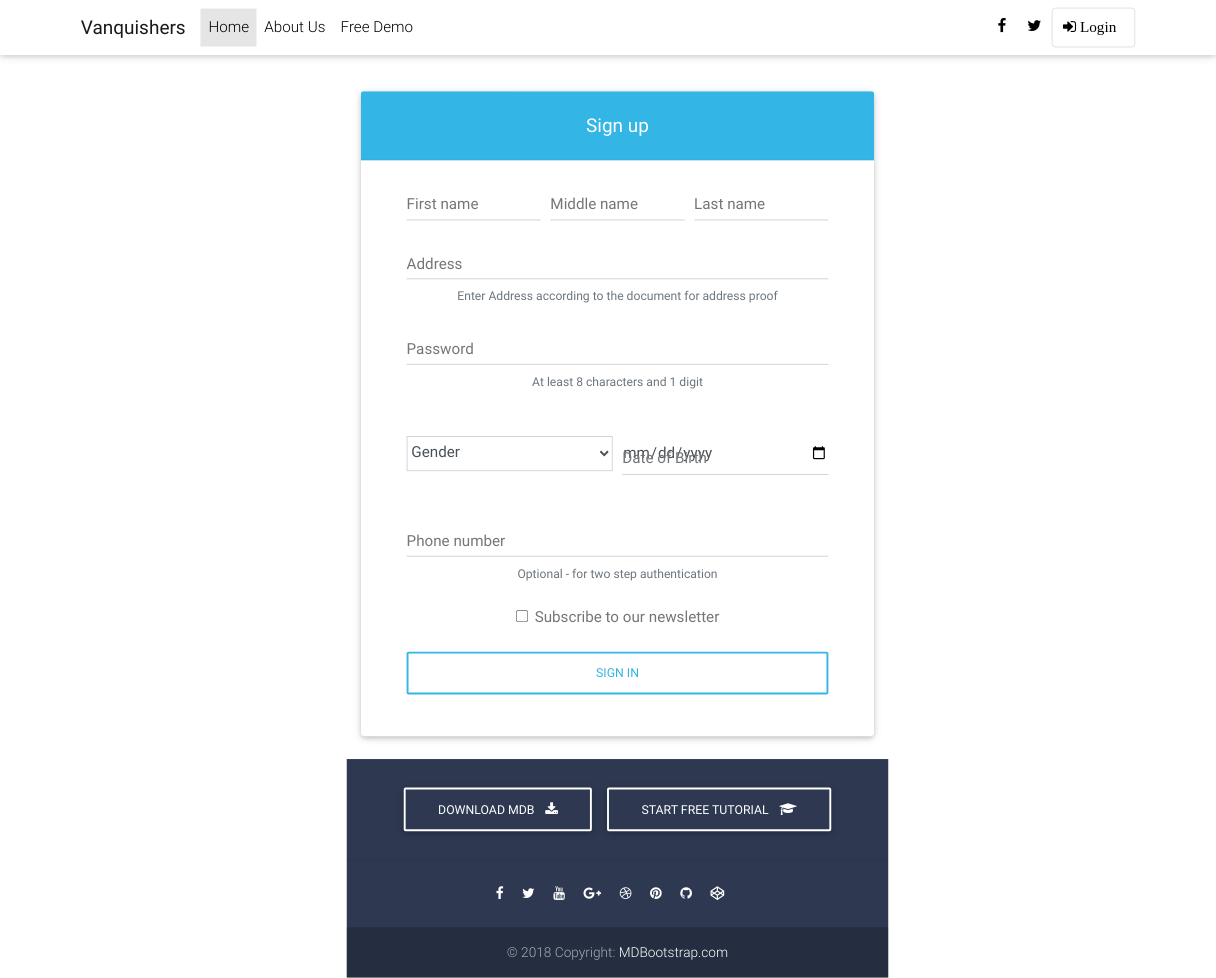
Repository: KJSCEhack/KJSCE_Vanquishers
Page: http://localhost/demo.php
An editor plug-in stored every save of this project. The page is shown before and after the next save, followed by the edit.
The browser window is 1280 px wide. The pictures show the whole page, at 95% of full size.
The page is run by PHP 8.4 with error messages shown; the project is at /var/www/html/.

Above is the page before, as saved 2018-10-06 09:53:13.
Console error: TypeError: $(...).material_select is not a function

### demo.php
<?php
$hostname="localhost";
$dbname="kjsce_hackathon";
$Username="root";
$Password="qweasdzxc";

$conn = mysqli_connect($hostname,$Username,$Password,$dbname);

if(!$conn)
{
    die("connection failed:" .mysqli_connect_error());

}
mysqli_close($conn);

?>
<!DOCTYPE html>
<html lang="en">

<head>
    <meta charset="utf-8">
    <meta name="viewport" content="width=device-width, initial-scale=1, shrink-to-fit=no">
    <meta http-equiv="x-ua-compatible" content="ie=edge">
    <title>Material Design Bootstrap</title>
    <!-- Font Awesome -->
    <link rel="stylesheet" href="https://maxcdn.bootstrapcdn.com/font-awesome/4.7.0/css/font-awesome.min.css">
    <!-- Bootstrap core CSS -->
    <link href="css/bootstrap.min.css" rel="stylesheet">
    <!-- Material Design Bootstrap -->
    <link href="css/mdb.min.css" rel="stylesheet">
    <!-- Your custom styles (optional) -->
    <link href="css/style.min.css" rel="stylesheet">
</head>

<body>

    <!--Main Navigation-->
    <header>

        <!-- Navbar -->
        <nav class="navbar fixed-top navbar-expand-lg navbar-light white scrolling-navbar">
            <div class="container">

                <!-- Brand -->
      <a class="navbar-brand" href="https://mdbootstrap.com/material-design-for-bootstrap/" target="_blank">
        <strong>Vanquishers</strong>
      </a>

      <!-- Collapse -->
      <button class="navbar-toggler" type="button" data-toggle="collapse" data-target="#navbarSupportedContent" aria-controls="navbarSupportedContent"
        aria-expanded="false" aria-label="Toggle navigation">
        <span class="navbar-toggler-icon"></span>
      </button>

      <!-- Links -->
      <div class="collapse navbar-collapse" id="navbarSupportedContent">

        <!-- Left -->
        <ul class="navbar-nav mr-auto">
          <li class="nav-item active">
            <a class="nav-link" href="#">Home
              <span class="sr-only">(current)</span>
            </a>
          </li>
          <li class="nav-item">
            <a class="nav-link" href="https://mdbootstrap.com/material-design-for-bootstrap/" target="_blank">About Us</a>
          </li>
          <li class="nav-item">
            <a class="nav-link" href="https://mdbootstrap.com/getting-started/" target="_blank">Free Demo</a>
          </li>
        </ul>

        <!-- Right -->
        <ul class="navbar-nav nav-flex-icons">
          <li class="nav-item">
            <a href="https://www.facebook.com/mdbootstrap" class="nav-link" target="_blank">
              <i class="fa fa-facebook"></i>
            </a>
          </li>
          <li class="nav-item">
            <a href="https://twitter.com/MDBootstrap" class="nav-link" target="_blank">
              <i class="fa fa-twitter"></i>
            </a>
          </li>
          <li class="nav-item">
            <a href="login_page.html" class="nav-link border border-light rounded"
              target="_blank">
              <i class="fa fa-sign-in mr-2">           Login</i>
            </a>
          </li>
        </ul>

      </div>

            </div>
        </nav>
        <!-- Navbar -->

    </header>
    <!--Main Navigation-->

    <!--Main layout-->

    <div class="col-md-6" style="float:left; margin-left:350px; width:600px;">
    <main class="mt-5 pt-5">
        <div class="container">
            <!-- Material form register -->
            <div class="card">

            <h5 class="card-header info-color white-text text-center py-4">
                <strong>Sign up</strong>
            </h5>

            <!--Card content-->
            <div class="card-body px-lg-5 pt-0">

                <!-- Form -->
                <form class="text-center" style="color: #757575;">

                    <div class="form-row">
                        <div class="col">
                            <!-- First name -->
                            <div class="md-form">
                                <input type="text" id="materialRegisterFormFirstName" class="form-control">
                                <label for="materialRegisterFormFirstName">First name</label>
                            </div>
                        </div>
                        <div class="col">
                            <!-- Last name -->
                            <div class="md-form">
                                <input type="text" id="materialRegisterFormMiddleName" class="form-control">
                                <label for="materialRegisterFormMiddleName">Middle name</label>
                            </div>
                        </div>
                        <div class="col">
                            <!-- Last name -->
                            <div class="md-form">
                                <input type="text" id="materialRegisterFormLastName" class="form-control">
                                <label for="materialRegisterFormLastName">Last name</label>
                            </div>
                        </div>
                    </div>

                    <!-- Address -->
                    <div class="md-form mt-0">
                        <input type="text" id="materialRegisterFormAddress" class="form-control">
                        <label for="materialRegisterFormAddress">Address</label>
                        <small id="materialRegisterFormPasswordHelpBlock" class="form-text text-muted mb-4">
                            Enter Address according to the document for address proof
                        </small>
                    </div>

                    <!-- Password -->
                    <div class="md-form">
                        <input type="password" id="materialRegisterFormPassword" class="form-control" aria-describedby="materialRegisterFormPasswordHelpBlock">
                        <label for="materialRegisterFormPassword">Password</label>
                        <small id="materialRegisterFormPasswordHelpBlock" class="form-text text-muted mb-4">
                            At least 8 characters and 1 digit
                        </small>
                    </div>

                    <div class="form-row">
                        <div class="col">
                            <div class="md-form">
                                <select id="materialRegisterFormGender" class="form-control mdb-select md-form colorful-select dropdown-primary">
                                    <option value="" disabled selected>Gender</option>
                                    <option value="M">Male</option>
                                    <option value="F">Female</option>
                                    <option value="O">Other</option>
                                </select>
                            </div>
                        </div>
                        <div class="col">
                            <div class="md-form">
                                <input type="date" class="form-control" id="materialRegisterFormDOB">
                                <label for="materialRegisterFormDOB">Date of Birth</label>
                            </div>
                        </div>
                    </div>

                    <!-- Phone number -->
                    <div class="md-form">
                        <input type="password" id="materialRegisterFormPhone" class="form-control" aria-describedby="materialRegisterFormPhoneHelpBlock">
                        <label for="materialRegisterFormPhone">Phone number</label>
                        <small id="materialRegisterFormPhoneHelpBlock" class="form-text text-muted mb-4">
                            Optional - for two step authentication
                        </small>
                    </div>

                    <!-- Newsletter -->
                    <div class="form-check">
                        <input type="checkbox" class="form-check-input" id="materialRegisterFormNewsletter">
                        <label class="form-check-label" for="materialRegisterFormNewsletter">Subscribe to our newsletter</label>
                    </div>

                    <!-- Sign up button -->
                    <button class="btn btn-outline-info btn-rounded btn-block my-4 waves-effect z-depth-0" type="submit">Sign in</button>

                </form>
                <!-- Form -->

            </div>

            </div>
            <!-- Material form register -->
        </div>
    </main>
    <div>
    <!--Footer-->
    <footer class="page-footer text-center font-small mdb-color darken-2 mt-4 wow fadeIn">

        <!--Call to action-->
        <div class="pt-4">
            <a class="btn btn-outline-white" href="https://mdbootstrap.com/getting-started/" target="_blank" role="button">Download MDB
                <i class="fa fa-download ml-2"></i>
            </a>
            <a class="btn btn-outline-white" href="https://mdbootstrap.com/bootstrap-tutorial/" target="_blank" role="button">Start free tutorial
                <i class="fa fa-graduation-cap ml-2"></i>
            </a>
        </div>
        <!--/.Call to action-->

        <hr class="my-4">

        <!-- Social icons -->
        <div class="pb-4">
            <a href="https://www.facebook.com/mdbootstrap" target="_blank">
                <i class="fa fa-facebook mr-3"></i>
            </a>

            <a href="https://twitter.com/MDBootstrap" target="_blank">
                <i class="fa fa-twitter mr-3"></i>
            </a>

            <a href="https://www.youtube.com/watch?v=7MUISDJ5ZZ4" target="_blank">
                <i class="fa fa-youtube mr-3"></i>
            </a>

            <a href="https://plus.google.com/u/0/b/107863090883699620484" target="_blank">
                <i class="fa fa-google-plus mr-3"></i>
            </a>

            <a href="https://dribbble.com/mdbootstrap" target="_blank">
                <i class="fa fa-dribbble mr-3"></i>
            </a>

            <a href="https://pinterest.com/mdbootstrap" target="_blank">
                <i class="fa fa-pinterest mr-3"></i>
            </a>

            <a href="https://github.com/mdbootstrap/bootstrap-material-design" target="_blank">
                <i class="fa fa-github mr-3"></i>
            </a>

            <a href="http://codepen.io/mdbootstrap/" target="_blank">
                <i class="fa fa-codepen mr-3"></i>
            </a>
        </div>
        <!-- Social icons -->


        <!--Copyright-->
        <div class="footer-copyright py-3">
            © 2018 Copyright:
            <a href="https://mdbootstrap.com/bootstrap-tutorial/" target="_blank"> MDBootstrap.com </a>
        </div>
        <!--/.Copyright-->

    </footer>
    <!--/.Footer-->

    <!-- SCRIPTS -->
    <!-- JQuery -->
    <script type="text/javascript" src="js/jquery-3.3.1.min.js"></script>
    <!-- Bootstrap tooltips -->
    <script type="text/javascript" src="js/popper.min.js"></script>
    <!-- Bootstrap core JavaScript -->
    <script type="text/javascript" src="js/bootstrap.min.js"></script>
    <!-- MDB core JavaScript -->
    <script type="text/javascript" src="js/mdb.min.js"></script>
    <!-- Initializations -->
    <script type="text/javascript">
        // Animations initialization
        new WOW().init();
        // Material Select Initialization
        $(document).ready(function() {
            $('.mdb-select').material_select();
        });
    </script>
</body>

</html>

Loaded but not shown: css/bootstrap.min.css (library); css/mdb.min.css (library); css/style.min.css (common file); js/jquery-3.3.1.min.js (library); js/popper.min.js (library); js/bootstrap.min.js (library); js/mdb.min.js (library)

After the next save:
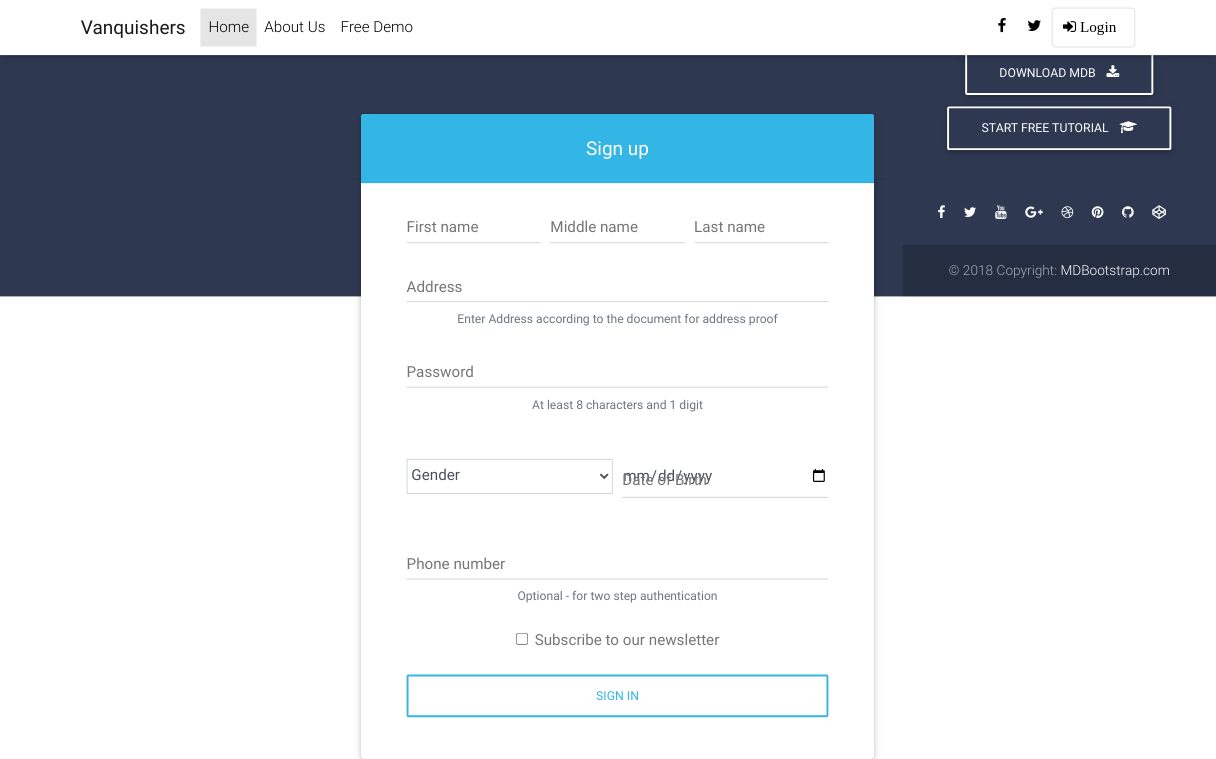
Saved 4 s later.
--- a/demo.php
+++ b/demo.php
@@ -205,7 +205,7 @@
             <!-- Material form register -->
         </div>
     </main>
-    <div>
+</div>
     <!--Footer-->
     <footer class="page-footer text-center font-small mdb-color darken-2 mt-4 wow fadeIn">
 

After the save that followed:
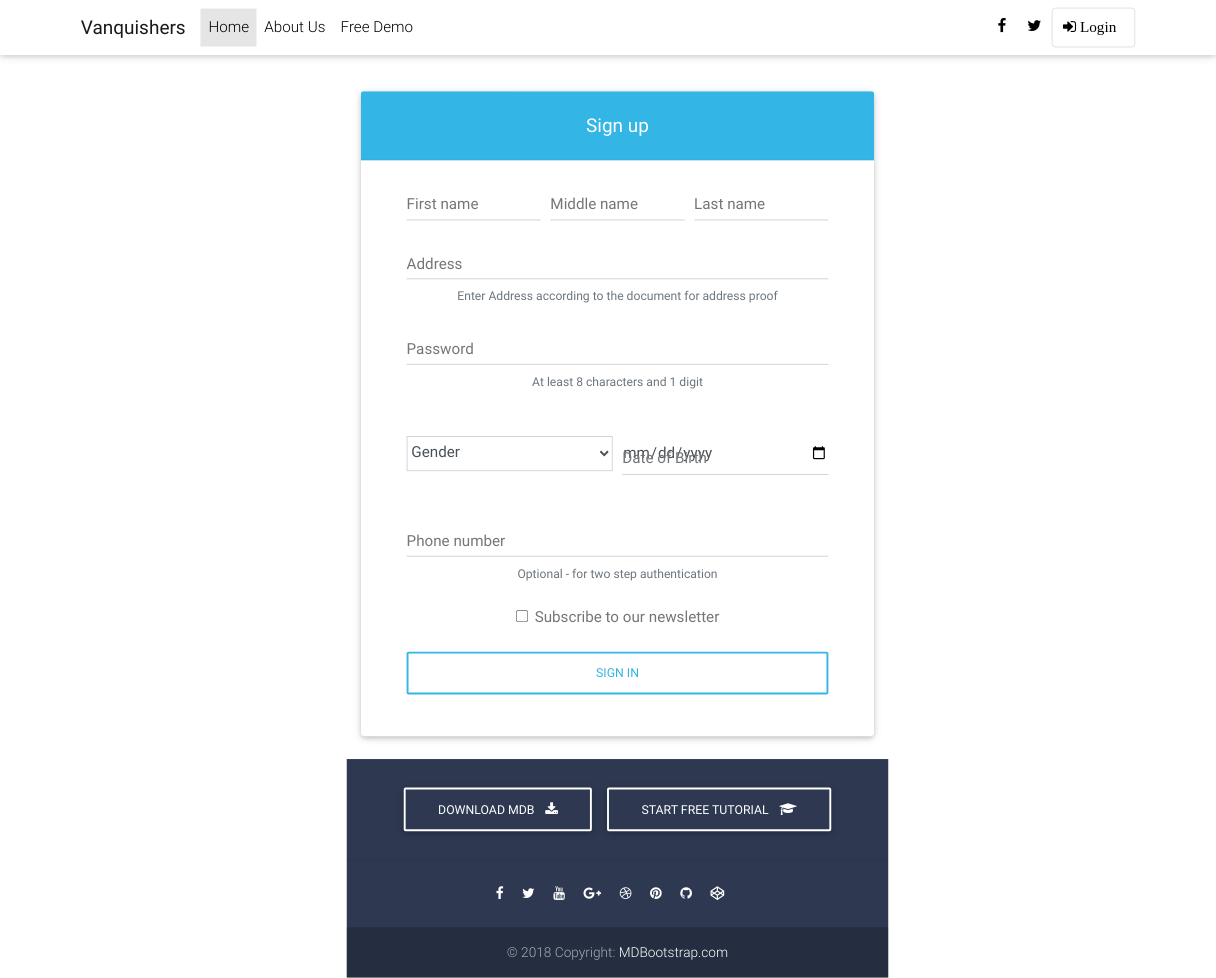
Saved 16 s later.
--- a/demo.php
+++ b/demo.php
@@ -205,7 +205,6 @@
             <!-- Material form register -->
         </div>
     </main>
-</div>
     <!--Footer-->
     <footer class="page-footer text-center font-small mdb-color darken-2 mt-4 wow fadeIn">
 
